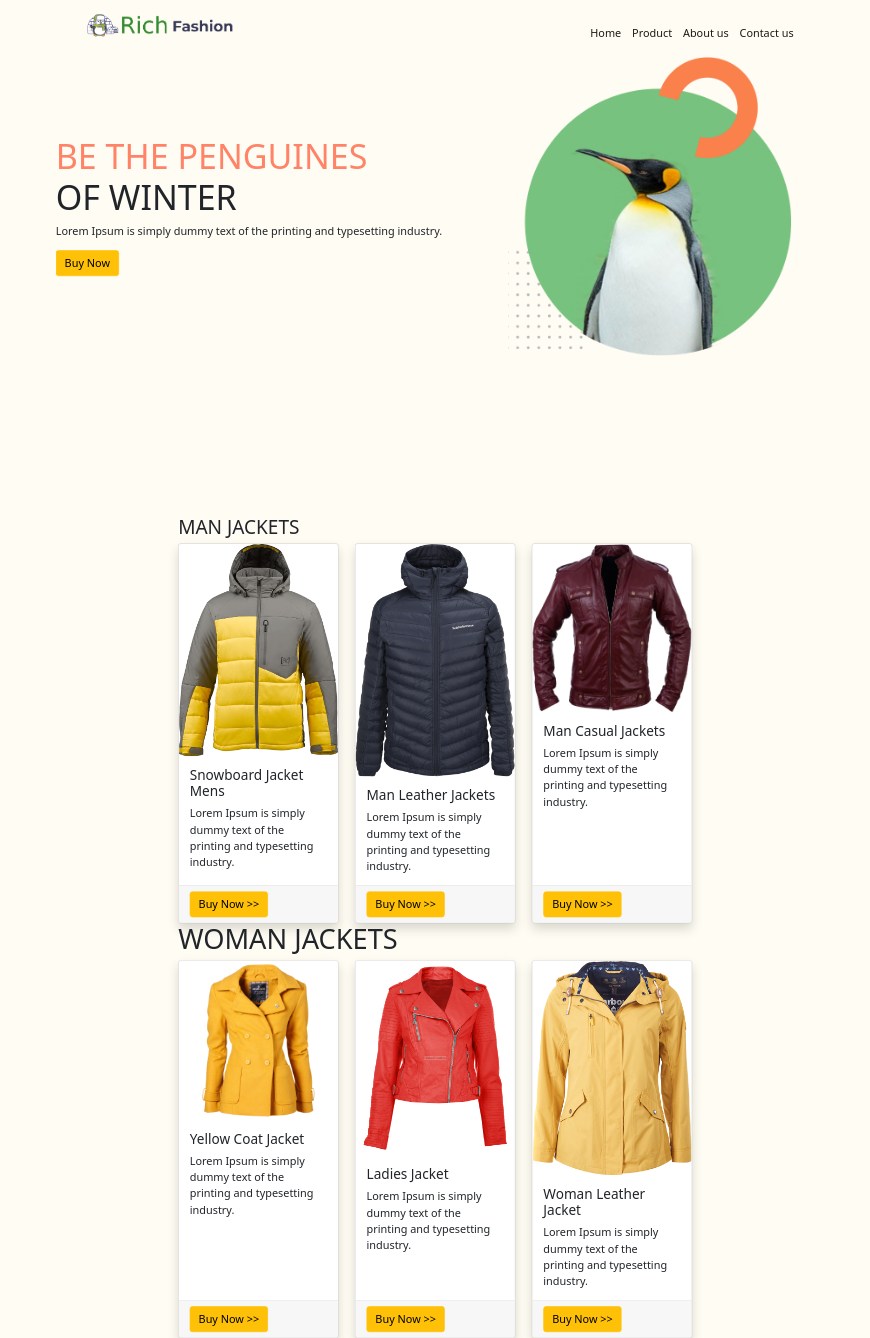
Repository: sabbircse3/fashion
Page: index.html
The author's editor kept a copy of each file at every save. The page is drawn from the files as they stood at one save, then again after a run of saves.
The browser window is 1280 px wide. The pictures show the whole page, at 68% of full size.

Above is the page before, as saved 2021-01-14 02:45:31.

After the next 2 saves:
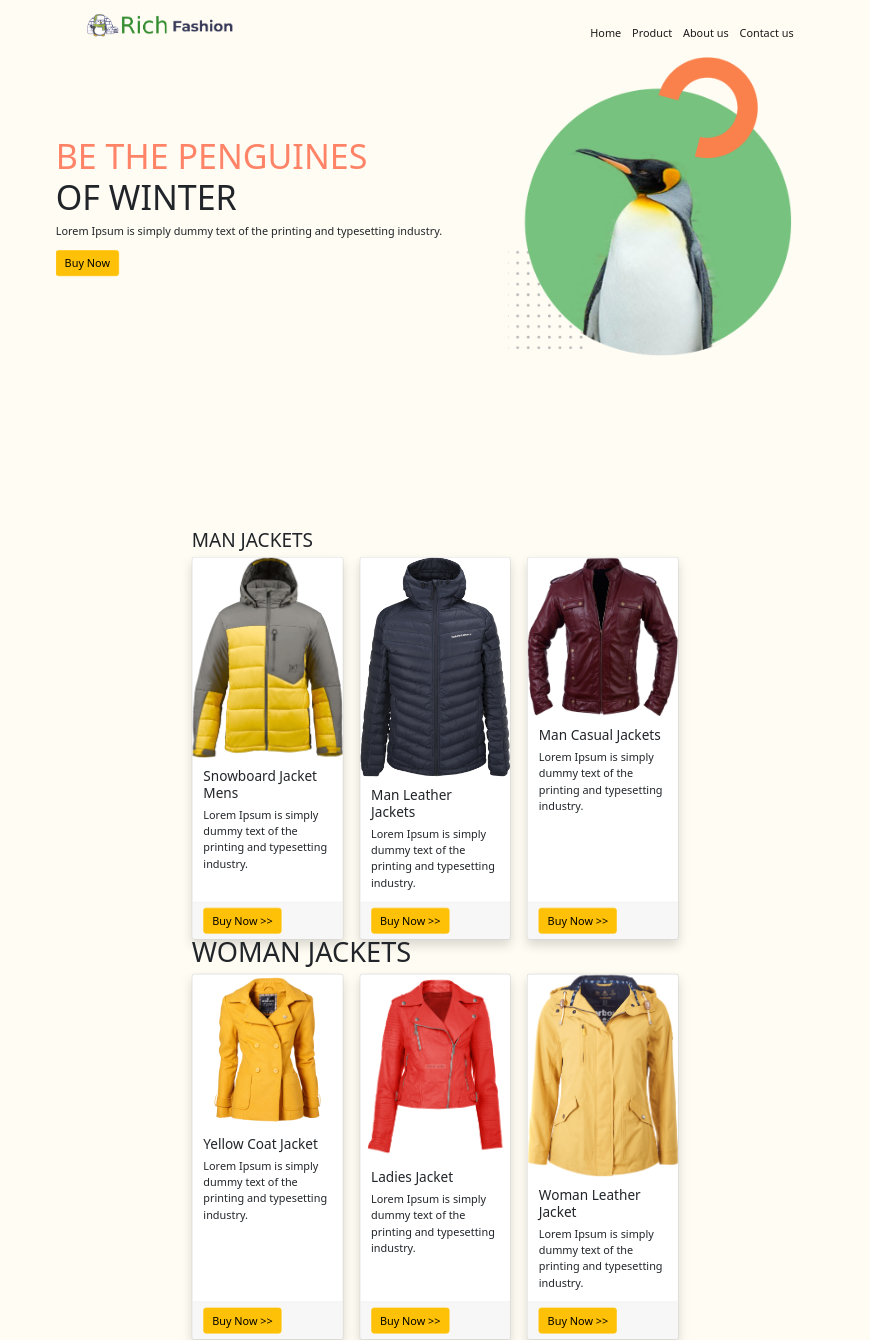
The 2 saves are shown as one change because they came seconds apart.
The last was saved 14 s later.
--- a/index.html
+++ b/index.html
@@ -38,7 +38,7 @@
             color: #FF8367;
         }
         .mt-5{
-            padding: 180px;
+            padding: 200px;
 
             position: relative;
         }
